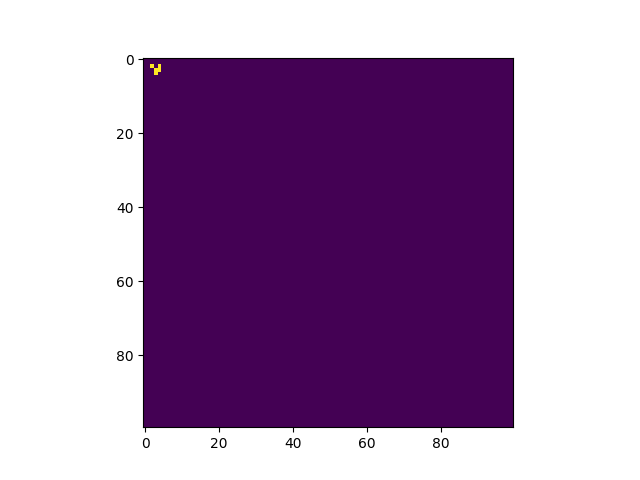
Repository: Gerisi-Kola/GameOfLife
Script's output: python GameOfLifeExample/calude_commentaire_geeksforgeeks.py
An editor plug-in stored every save of this project. The script's output is shown before and after the next save, followed by the edit.
Animations are shown at an early frame. Random numbers start from a fixed seed.

Above is the script's output before, as saved 2024-12-02 16:14:31.

### GameOfLifeExample/calude_commentaire_geeksforgeeks.py
"""Commentaire par Claude du code https://www.geeksforgeeks.org/conways-game-life-python-implementation/
"""

# Importation des bibliothèques nécessaires
import argparse  # Pour gérer les arguments en ligne de commande
import numpy as np  # Pour les calculs sur les tableaux
import matplotlib.pyplot as plt  # Pour l'affichage graphique
import matplotlib.animation as animation  # Pour l'animation

# Définition des constantes
ON = 255  # Cellule vivante (blanc)
OFF = 0   # Cellule morte (noir)
vals = [ON, OFF]

def randomGrid(N):
    """
    Crée une grille NxN avec des valeurs aléatoires
    20% de chance d'avoir une cellule vivante, 80% morte
    """
    return np.random.choice(vals, N*N, p=[0, 1]).reshape(N, N) #(vals, N*N, p=[0.2, 0.8]).reshape(N, N)

def addGlider(i, j, grid):
    """
    Ajoute un planeur (glider) à la position (i, j) dans la grille
    Le planeur est une structure qui se déplace en diagonale
    """
    glider = np.array([[0, 0, 255],
                    [255, 0, 255],
                    [0, 255, 255]])
    grid[i:i+3, j:j+3] = glider

def addGosperGliderGun(i, j, grid):
    """
    Ajoute un canon à planeurs de Gosper à la position (i, j)
    Cette structure produit périodiquement des planeurs
    """
    gun = np.zeros(11*38).reshape(11, 38)
    # Configuration du canon (1 = cellule vivante)
    # Les coordonnées sont définies pour créer la structure complexe du canon
    gun[5][1] = gun[5][2] = 255
    # ... (autres coordonnées)
    grid[i:i+11, j:j+38] = gun

def update(frameNum, img, grid, N):
    """
    Fonction de mise à jour de la grille pour l'animation
    Applique les règles du Jeu de la Vie de Conway
    """
    newGrid = grid.copy()
    for i in range(N):
        for j in range(N):
            # Calcul de la somme des 8 voisins
            # Utilisation des conditions aux limites toroïdales (la grille s'enroule sur elle-même)
            total = int((grid[i, (j-1)%N] + grid[i, (j+1)%N] +
                        grid[(i-1)%N, j] + grid[(i+1)%N, j] +
                        grid[(i-1)%N, (j-1)%N] + grid[(i-1)%N, (j+1)%N] +
                        grid[(i+1)%N, (j-1)%N] + grid[(i+1)%N, (j+1)%N])/255)

            # Application des règles de Conway :
            # 1. Une cellule vivante avec moins de 2 ou plus de 3 voisins meurt
            # 2. Une cellule morte avec exactement 3 voisins devient vivante
            if grid[i, j] == ON:
                if (total < 2) or (total > 3):
                    newGrid[i, j] = OFF
            else:
                if total == 3:
                    newGrid[i, j] = ON

    img.set_data(newGrid)
    grid[:] = newGrid[:]
    return img,

def main():
    """
    Fonction principale qui initialise et lance la simulation
    """
    # Configuration du parser d'arguments
    parser = argparse.ArgumentParser(description="Runs Conway's Game of Life simulation.")
    parser.add_argument('--grid-size', dest='N', required=False)
    parser.add_argument('--mov-file', dest='movfile', required=False)
    parser.add_argument('--interval', dest='interval', required=False)
    parser.add_argument('--glider', action='store_true', required=False)
    parser.add_argument('--gosper', action='store_true', required=False)
    args = parser.parse_args()

    # Configuration des paramètres
    N = 100  # Taille par défaut de la grille
    if args.N and int(args.N) > 8:
        N = int(args.N)

    updateInterval = 50  # Intervalle de mise à jour par défaut
    if args.interval:
        updateInterval = int(args.interval)

    # Initialisation de la grille selon les arguments
    grid = np.array([])
    if True: #args.glider:
        grid = np.zeros(N*N).reshape(N, N)
        addGlider(1, 1, grid)
    elif args.gosper:
        grid = np.zeros(N*N).reshape(N, N)
        addGosperGliderGun(10, 10, grid)
    else:
        pass
        #grid = randomGrid(N)

    # Configuration et lancement de l'animation
    fig, ax = plt.subplots()
    img = ax.imshow(grid, interpolation='nearest')
    ani = animation.FuncAnimation(fig, update, fargs=(img, grid, N, ),
                                frames=10,
                                interval=updateInterval,
                                save_count=50)

    # Sauvegarde de l'animation si demandée
    if args.movfile:
        ani.save(args.movfile, fps=30, extra_args=['-vcodec', 'libx264'])

    plt.show()

# Point d'entrée du programme
if __name__ == '__main__':
    main()

After the next save:
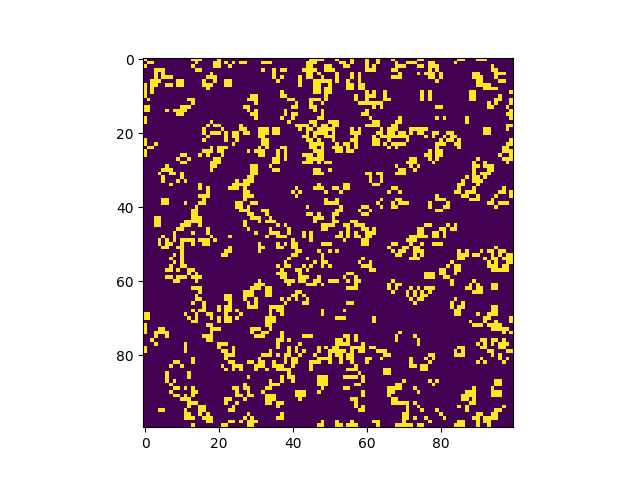
Saved 4 min 5 s later.
--- a/GameOfLifeExample/calude_commentaire_geeksforgeeks.py
+++ b/GameOfLifeExample/calude_commentaire_geeksforgeeks.py
@@ -17,7 +17,7 @@ def randomGrid(N):
     Crée une grille NxN avec des valeurs aléatoires
     20% de chance d'avoir une cellule vivante, 80% morte
     """
-    return np.random.choice(vals, N*N, p=[0, 1]).reshape(N, N) #(vals, N*N, p=[0.2, 0.8]).reshape(N, N)
+    return np.random.choice(vals, N*N, p=[0.2, 0.8]).reshape(N, N)
 
 def addGlider(i, j, grid):
     """
@@ -94,15 +94,14 @@ def main():
 
     # Initialisation de la grille selon les arguments
     grid = np.array([])
-    if True: #args.glider:
+    if args.glider:
         grid = np.zeros(N*N).reshape(N, N)
         addGlider(1, 1, grid)
     elif args.gosper:
         grid = np.zeros(N*N).reshape(N, N)
         addGosperGliderGun(10, 10, grid)
     else:
-        pass
-        #grid = randomGrid(N)
+        grid = randomGrid(N)
 
     # Configuration et lancement de l'animation
     fig, ax = plt.subplots()
